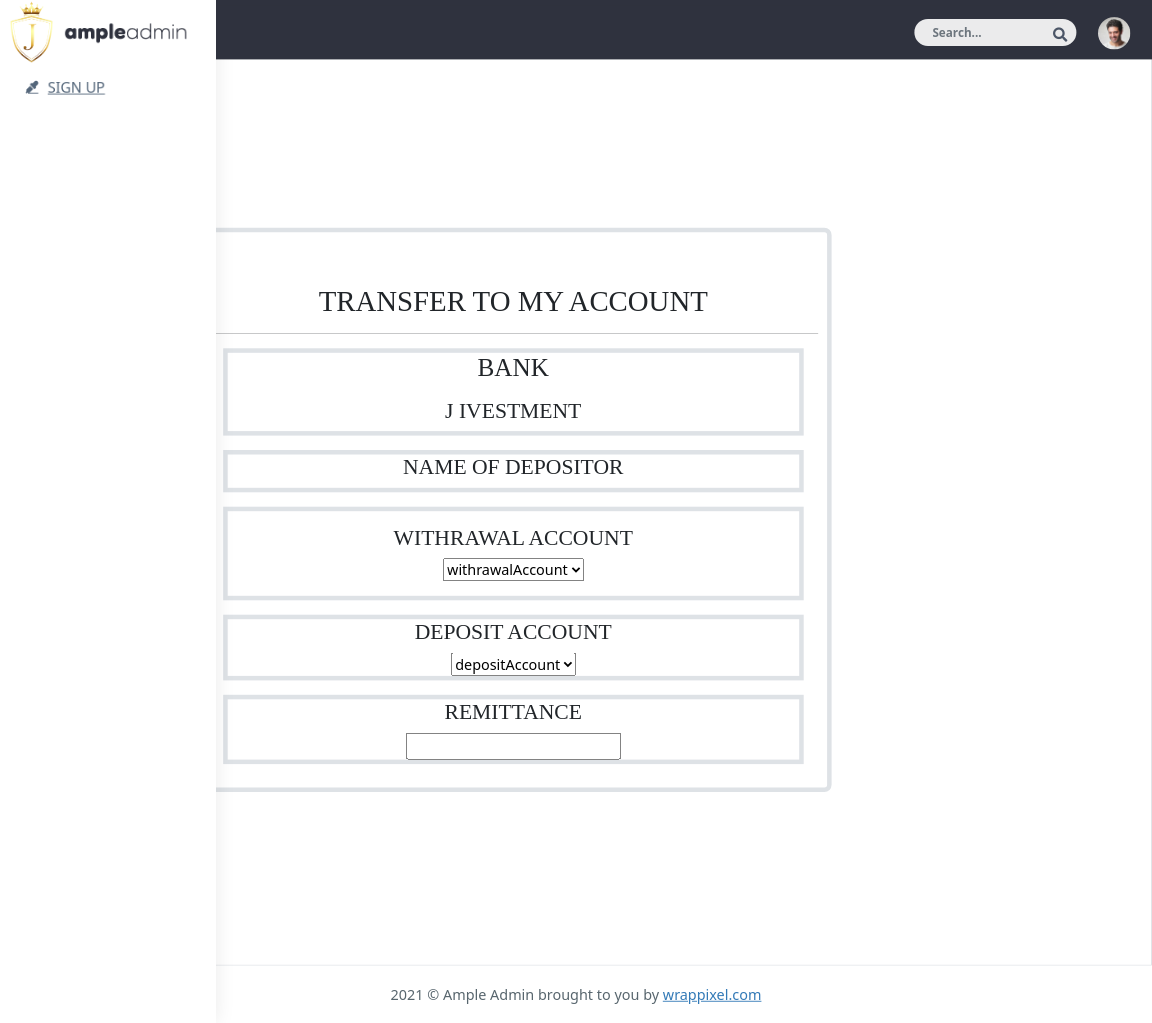
Repository: chopilyeon/HanaOpenBanking
Page: http://localhost/OpenBanking/jsp/bank/transferToMyAccount.jsp
An editor plug-in stored every save of this project. The page is shown before and after the next save, followed by the edit.
The browser window is 1280 px wide. The pictures show the whole page, at 90% of full size.
Some web fonts or font styles are not loaded; a fallback is used. The page is served by Tomcat 9.

Above is the page before, as saved 2022-07-17 09:42:05.
Console error: TypeError: Cannot read properties of null (reading 'querySelector')

After the next save:
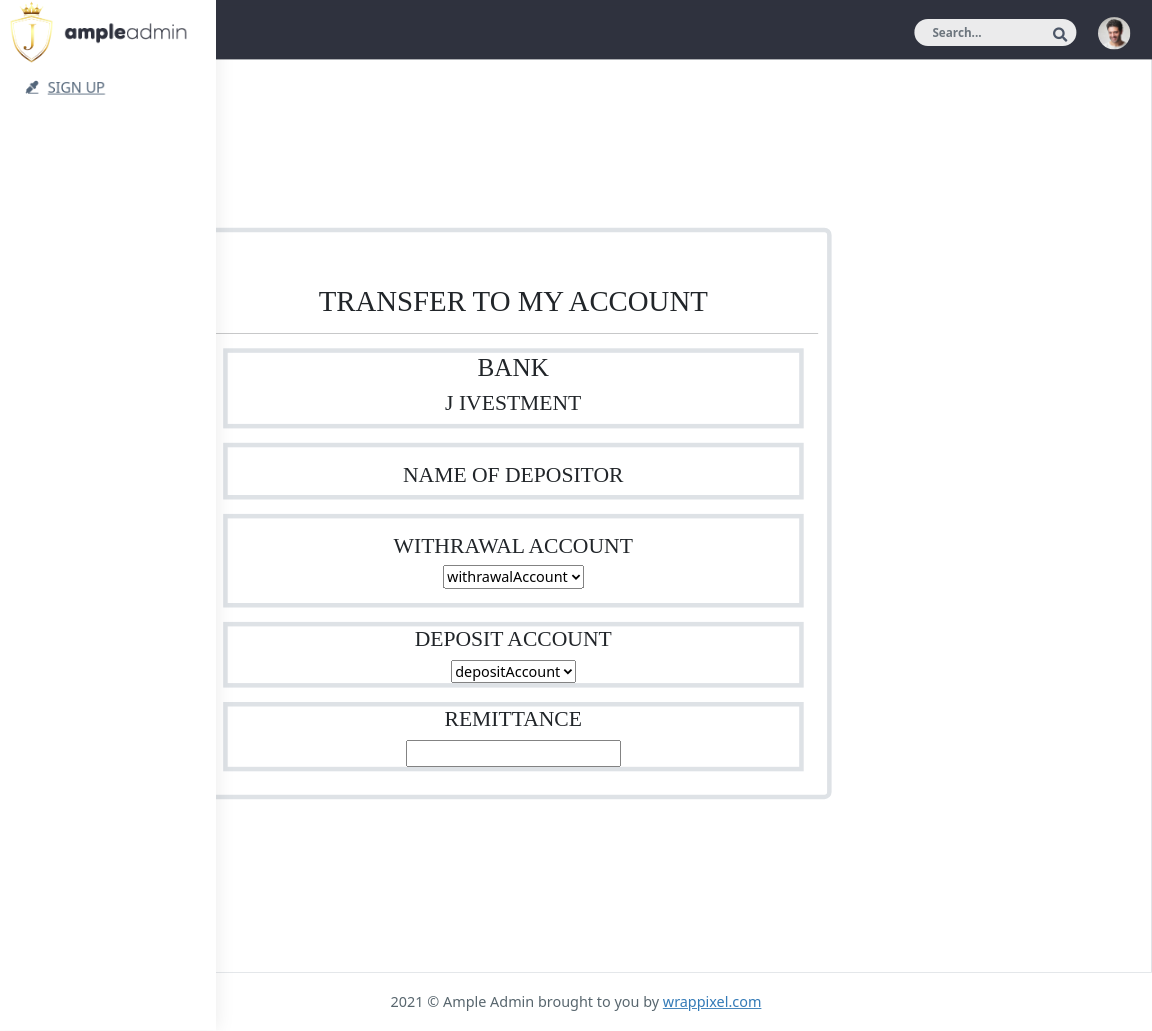
Saved 21 s later.
--- a/OpenBanking/src/main/webapp/jsp/bank/transferToMyAccount.jsp
+++ b/OpenBanking/src/main/webapp/jsp/bank/transferToMyAccount.jsp
@@ -61,10 +61,10 @@
 						<hr>
 						<div class="box-text m-3 border">
 						<h3>BANK</h3>
-							<h4 class="mt-3">J IVESTMENT</h4>
+							<h4 >J IVESTMENT</h4>
 						</div>
 						<div class="box-text m-3 border">
-						<h4>NAME OF DEPOSITOR </h4>
+						<h4 class="mt-3">NAME OF DEPOSITOR </h4>
 							<h4>${userVO.name}</h4>
 						</div>
 						<div class="box-text m-3 border">
